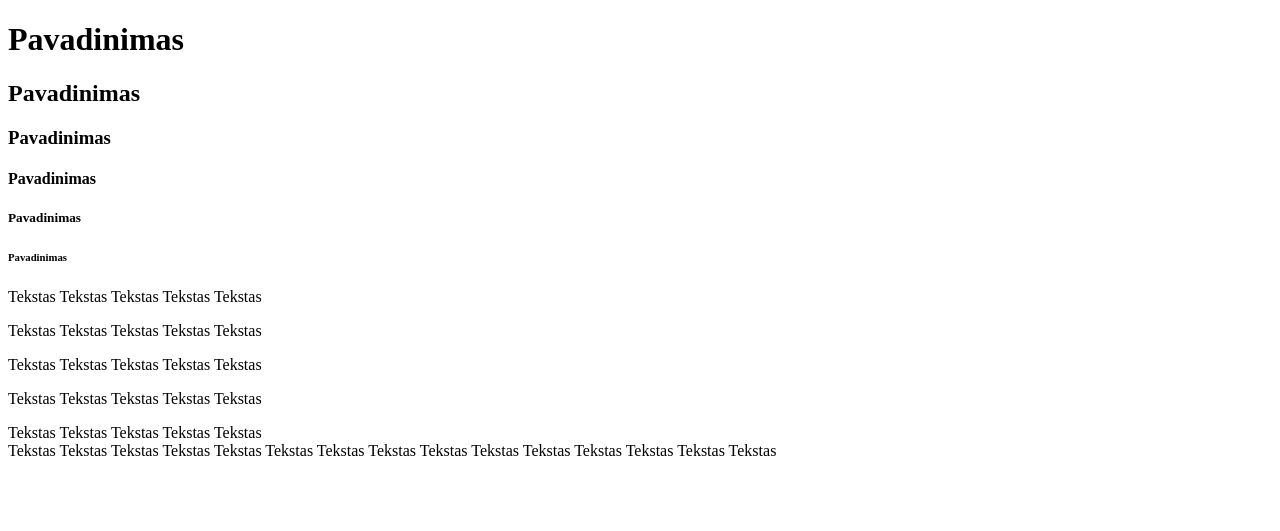
Repository: motiejus1/01-paskait
Page: pirmas.html
The author's editor kept a copy of each file at every save. The page is drawn from the files as they stood at one save, then again after a run of saves.
The browser window is 1280 px wide. The pictures show the whole page.

Above is the page before, as saved 2021-05-31 20:33:10.

### pirmas.html
<!DOCTYPE html>

<html lang="en">
    <head>
        <meta charset="UTF-8">
        <meta http-equiv="X-UA-Compatible" content="IE=edge">
        <meta name="viewport" content="width=device-width, initial-scale=1.0">
        <title>Pirma paskaita</title>
    </head>

    <body>

        <h1>Pavadinimas</h1>
        <h2>Pavadinimas</h2>
        <h3>Pavadinimas</h3>
        <h4>Pavadinimas</h4>
        <h5>Pavadinimas</h5>
        <h6>Pavadinimas</h6>

        <p>Tekstas Tekstas Tekstas Tekstas Tekstas</p>
        <p>Tekstas Tekstas Tekstas Tekstas Tekstas</p>
        <p>Tekstas Tekstas Tekstas Tekstas Tekstas</p>
        <p>Tekstas Tekstas Tekstas Tekstas Tekstas</p>

        <span>Tekstas Tekstas Tekstas Tekstas Tekstas</span><br>
        <span>Tekstas Tekstas Tekstas Tekstas Tekstas</span>
        <span>Tekstas Tekstas Tekstas Tekstas Tekstas</span>
        <span>Tekstas Tekstas Tekstas Tekstas Tekstas</span>

    </body>

</html>

After the next 2 saves:
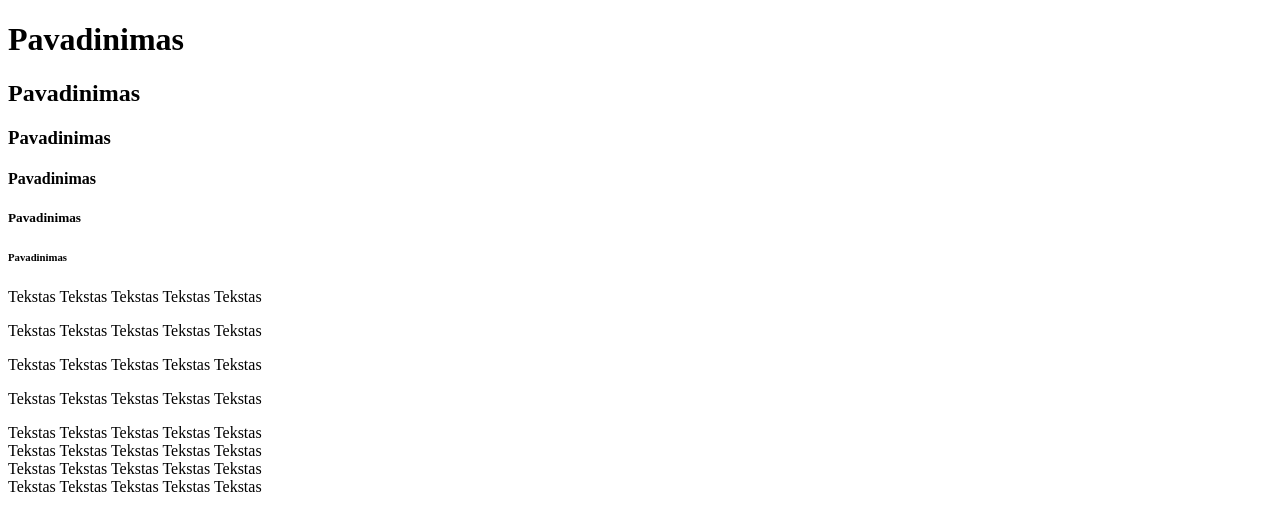
The 2 saves are shown as one change because they came seconds apart.
The last was saved 15 s later.
--- a/pirmas.html
+++ b/pirmas.html
@@ -23,9 +23,9 @@
         <p>Tekstas Tekstas Tekstas Tekstas Tekstas</p>
 
         <span>Tekstas Tekstas Tekstas Tekstas Tekstas</span><br>
-        <span>Tekstas Tekstas Tekstas Tekstas Tekstas</span>
-        <span>Tekstas Tekstas Tekstas Tekstas Tekstas</span>
-        <span>Tekstas Tekstas Tekstas Tekstas Tekstas</span>
+        <span>Tekstas Tekstas Tekstas Tekstas Tekstas</span><br>
+        <span>Tekstas Tekstas Tekstas Tekstas Tekstas</span><br>
+        <span>Tekstas Tekstas Tekstas Tekstas Tekstas</span><br>
 
     </body>
 
